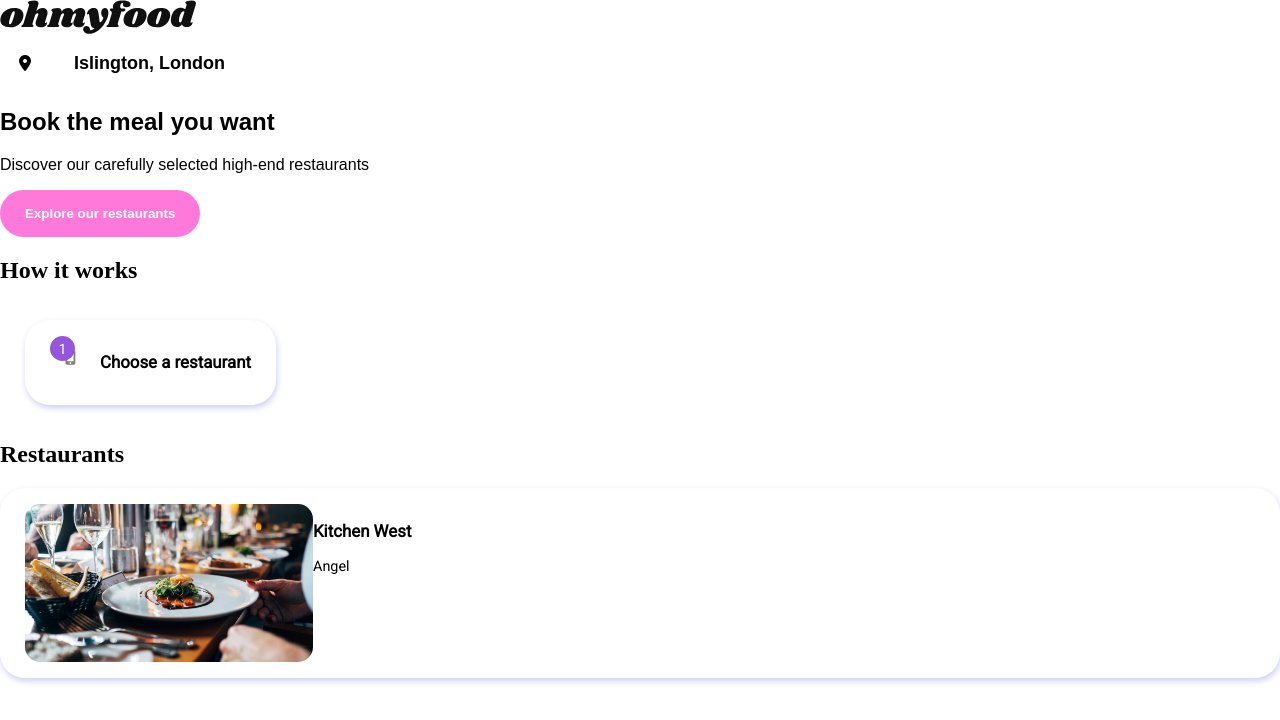
Repository: R1ptou/Project-3
Page: index.html
The author's editor kept a copy of each file at every save. The page is drawn from the files as they stood at one save, then again after the next save.
The browser window is 1280 px wide. The pictures show the whole page.
Some web fonts or font styles are not loaded; a fallback is used. The style sheet was rebuilt from its Sass, Less or Tailwind sources for each picture, by a compiler version that may differ from the author's.

Above is the page before, as saved 2024-03-08 11:07:07.

After the next save:
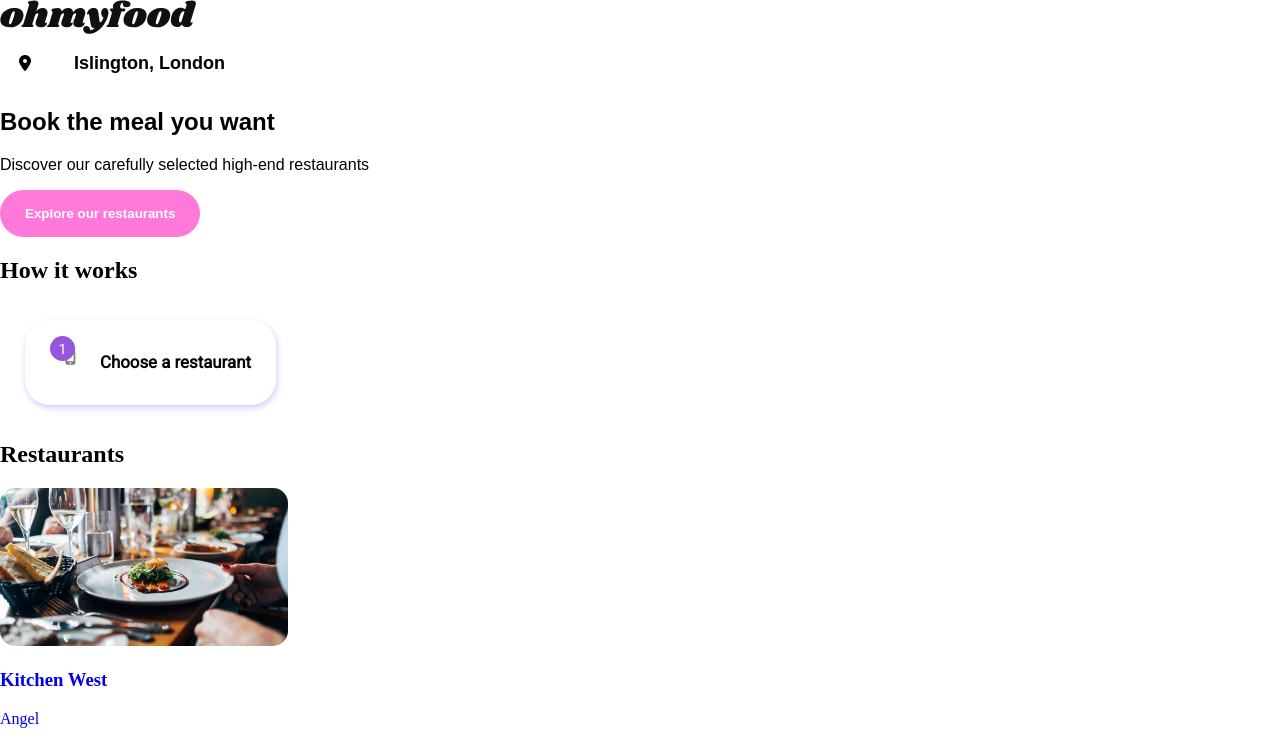
Saved 43 s later.
--- a/index.html
+++ b/index.html
@@ -50,7 +50,7 @@
         <section>
             <h2>Restaurants</h2>
 
-            <a href="#" class="card">
+            <a href="#" class="restaurant-card">
                 <img class="card-img" src="./Images and text Ohmyfood/images/restaurants/jay-wennington-N_Y88TWmGwA-unsplash.jpg" alt="">
                       <div class="card-content">
                         <h3 class="card-title">Kitchen West</h3>
